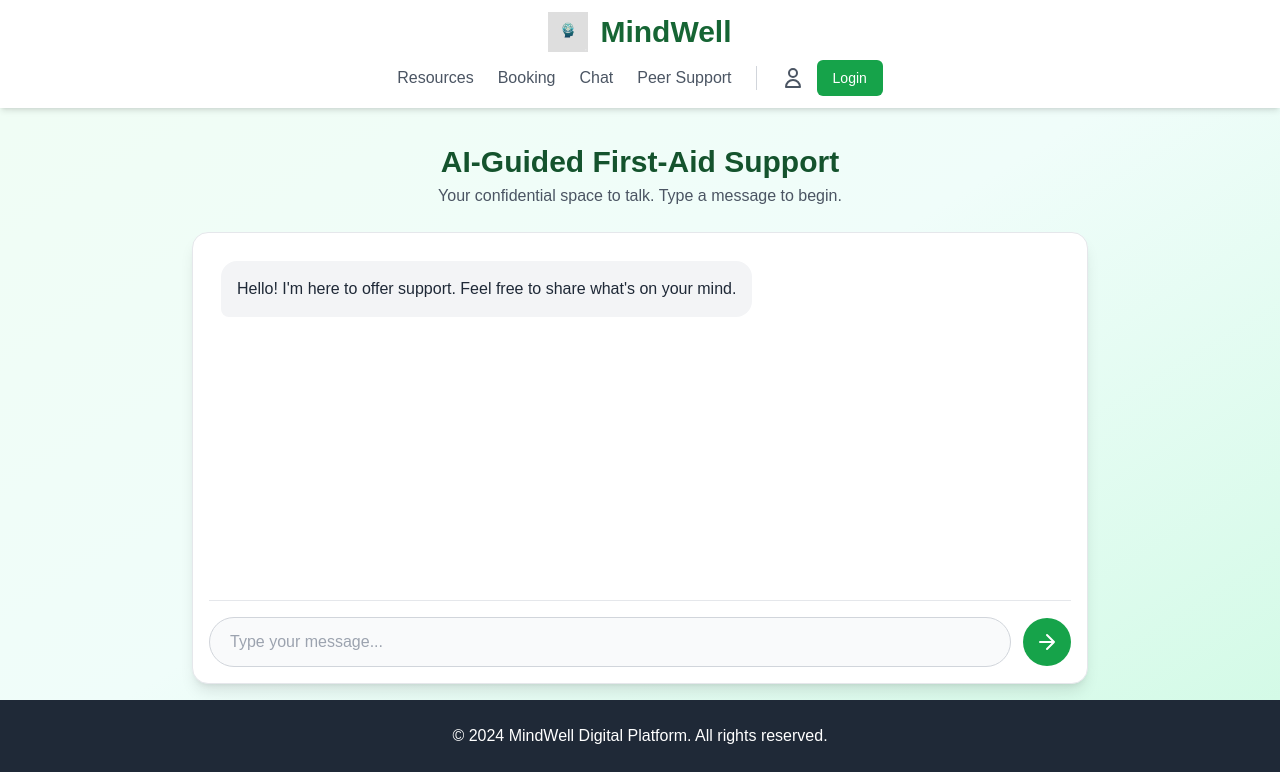
Repository: alokse24b01025/mentalhealth-project-sih-
Page: /chat (app in p1/)
The author's editor kept a copy of each file at every save. The page is drawn from the files as they stood at one save, then again after the next save.
The browser window is 1280 px wide. The pictures show the whole page.
The project was rebuilt for these pictures with package versions that can differ from the ones it lists, and the page was loaded fresh each time. Also part of the build but not shown: p1/vite.config.js, p1/src/pages/HomePage.jsx, p1/src/components/ResourceCard.jsx, p1/src/data/mockResources.js, p1/src/pages/ResourcesPage.jsx, p1/src/components/CounselorCard.jsx, p1/src/data/mockCounselors.js, p1/src/pages/BookingPage.jsx and 4 more.

Above is the page before, as saved 2025-09-10 11:20:11.

### p1/index.html
<!doctype html>
<html lang="en">
  <head>
    <meta charset="UTF-8" />
    <link rel="icon" type="image/svg+xml" href="/logo.png" />
    <meta name="viewport" content="width=device-width, initial-scale=1.0" />
    <title>MINDwell</title>
  </head>
  <body>
    <div id="root"></div>
    <script type="module" src="/src/main.jsx"></script>
  </body>
</html>

### p1/src/App.jsx
import React from 'react';
import { BrowserRouter as Router, Routes, Route } from 'react-router-dom';
import { AuthProvider } from './AuthContext'; // Import the provider

// Import your pages
import HomePage from './pages/HomePage';
import ChatPage from './pages/ChatPage';
import ResourcesPage from './pages/ResourcesPage';
import BookingPage from './pages/BookingPage';
import PeerSupportPage from './pages/PeerSupportPage';
import AdminDashboard from './pages/AdminDashboard';
import LoginPage from './pages/LoginPage'; // Import the new login page
import './index.css';

function App() {
  return (
    <AuthProvider> {/* Wrap everything in AuthProvider */}
      <Router>
        <Routes>
          <Route path="/" element={<HomePage />} />
          <Route path="/chat" element={<ChatPage />} />
          <Route path="/resources" element={<ResourcesPage />} />
          <Route path="/booking" element={<BookingPage />} />
          <Route path="/peer-support" element={<PeerSupportPage />} />
         <Route path="/admin" element={<AdminDashboard />} />
          <Route path="/login" element={<LoginPage />} /> {/* Add the login route */}
        </Routes>
      </Router>
    </AuthProvider>
  );
}

export default App;

### p1/src/index.css
@tailwind base;
@tailwind components;
@tailwind utilities;

body {
  font-family: Arial, sans-serif;
  -webkit-font-smoothing: antialiased;
  -moz-osx-font-smoothing: grayscale;
}

### p1/src/AuthContext.jsx
import React, { useContext, useState, useEffect } from 'react';
import { auth } from './firebase';
import {
  onAuthStateChanged,
  signOut,
  signInWithEmailAndPassword
} from "firebase/auth";

const AuthContext = React.createContext();

// This is the function that was likely missing the 'export' keyword
export function useAuth() {
  return useContext(AuthContext);
}

export function AuthProvider({ children }) {
  const [currentUser, setCurrentUser] = useState(null);
  const [loading, setLoading] = useState(true);

  function login(email, password) {
    return signInWithEmailAndPassword(auth, email, password);
  }

  function logout() {
    return signOut(auth);
  }

  useEffect(() => {
    const unsubscribe = onAuthStateChanged(auth, user => {
      setCurrentUser(user);
      setLoading(false);
    });

    return unsubscribe;
  }, []);

  const value = {
    currentUser,
    login,
    logout
  };

  return (
    <AuthContext.Provider value={value}>
      {!loading && children}
    </AuthContext.Provider>
  );
}

### p1/src/pages/ChatPage.jsx
import React from 'react';
import Header from '../components/Header';
import Footer from '../components/Footer';
import Chatbot from '../components/Chatbot';

const ChatPage = () => {
  return (
    // Updated background to match the theme
    <div className="min-h-screen flex flex-col bg-gradient-to-br from-green-50 via-teal-50 to-emerald-100">
      <Header />

      {/* --- FIX APPLIED HERE: Increased top padding --- */}
      <main className="flex-1 w-full flex justify-center items-center p-4 pt-36">

        {/* Main container for the chat interface */}
        <div className="w-full max-w-4xl h-[75vh] flex flex-col">

          {/* Redesigned Title Section */}
          <div className="text-center mb-6">
            <h2 className="text-3xl font-bold text-green-900">AI-Guided First-Aid Support</h2>
            <p className="mt-1 text-gray-600">Your confidential space to talk. Type a message to begin.</p>
          </div>

          {/* The Chatbot component itself (which is already styled) */}
          <Chatbot />

        </div>
      </main>

      <Footer />
    </div>
  );
};

export default ChatPage;

### p1/src/firebase.js
import { initializeApp } from "firebase/app";
import { getAuth } from "firebase/auth";

// IMPORTANT: Replace this with the firebaseConfig object you copied from the Firebase console
const firebaseConfig = {
  apiKey: "YOUR_API_KEY",
  authDomain: "YOUR_AUTH_DOMAIN",
  projectId: "YOUR_PROJECT_ID",
  storageBucket: "YOUR_STORAGE_BUCKET",
  messagingSenderId: "YOUR_MESSAGING_SENDER_ID",
  appId: "YOUR_APP_ID"
};

// Initialize Firebase
const app = initializeApp(firebaseConfig);

// Export the auth instance to be used in other parts of the app
export const auth = getAuth(app);

### p1/src/components/Header.jsx
import React, { useState } from 'react';
import { Link } from 'react-router-dom';
import logo from '../assets/logo.png';
import { useAuth } from '../AuthContext';

const Header = () => {
  const { currentUser, logout } = useAuth();
  const [isLoggingOut, setIsLoggingOut] = useState(false);

  const handleLogout = async () => {
    setIsLoggingOut(true);
    try {
      await logout();
    } catch (error) {
      console.error("Failed to log out:", error);
    } finally {
      setIsLoggingOut(false);
    }
  };

  const profileIcon = (
    <svg xmlns="http://www.w3.org/2000/svg" className="h-6 w-6" fill="none" viewBox="0 0 24 24" stroke="currentColor" strokeWidth={2}>
      <path strokeLinecap="round" strokeLinejoin="round" d="M16 7a4 4 0 11-8 0 4 4 0 018 0zM12 14a7 7 0 00-7 7h14a7 7 0 00-7-7z" />
    </svg>
  );

  return (
    <header className="bg-white shadow-md fixed top-0 w-full z-50 py-3 flex flex-col items-center">

      {/* Top Row: Centered Logo and Name */}
      <div className="mb-2">
        <Link to="/" className="flex items-center justify-center gap-x-3">
          <img src={logo} alt="MindWell Logo" className="h-10 w-auto" />
          <h1 className="text-3xl font-bold text-green-800 hidden md:block">MindWell</h1>
        </Link>
      </div>

      {/* Bottom Row: Navigation Links */}
      <nav className="flex items-center justify-center flex-wrap gap-x-6 gap-y-2 px-4">
        <Link to="/resources" className="text-gray-600 hover:text-green-600 transition-colors">Resources</Link>
        <Link to="/booking" className="text-gray-600 hover:text-green-600 transition-colors">Booking</Link>
        <Link to="/chat" className="text-gray-600 hover:text-green-600 transition-colors">Chat</Link>
        <Link to="/peer-support" className="text-gray-600 hover:text-green-600 transition-colors">Peer Support</Link>

        <div className="border-l border-gray-300 h-6"></div>

        {currentUser ? (
          <div className="flex items-center space-x-3">
            <span className="text-gray-600">{profileIcon}</span>
            <button
              onClick={handleLogout}
              disabled={isLoggingOut}
              className={`text-white px-4 py-2 text-sm rounded-md transition-colors ${
                isLoggingOut
                  ? 'bg-red-300 cursor-not-allowed'
                  : 'bg-red-500 hover:bg-red-600'
              }`}
            >
              {isLoggingOut ? '...' : 'Logout'}
            </button>
          </div>
        ) : (
          <div className="flex items-center space-x-3">
            <Link to="/login" className="text-gray-600 hover:text-green-600">
              {profileIcon}
            </Link>
            <Link
              to="/login"
              className="bg-green-600 text-white px-4 py-2 text-sm rounded-md hover:bg-green-700 transition-colors"
            >
              Login
            </Link>
          </div>
        )}
      </nav>
    </header>
  );
};

export default Header;

### p1/src/components/Footer.jsx
import React from 'react';

const Footer = () => {
  return (
    <footer className="bg-gray-800 text-white p-6 text-center">
      <p>&copy; 2024 MindWell Digital Platform. All rights reserved.</p>
    </footer>
  );
};
export default Footer;

### p1/src/components/Chatbot.jsx
import React, { useState, useRef, useEffect } from 'react';

const Chatbot = () => {
  const [messages, setMessages] = useState([
    { text: "Hello! I'm here to offer support. Feel free to share what's on your mind.", sender: 'bot' }
  ]);
  const [input, setInput] = useState('');
  const [isLoading, setIsLoading] = useState(false);
  const messagesEndRef = useRef(null);

  const scrollToBottom = () => {
    messagesEndRef.current?.scrollIntoView({ behavior: "smooth" });
  };

  useEffect(scrollToBottom, [messages]);

  const handleSend = async () => {
    if (input.trim() === '') return;

    const userMessage = { text: input, sender: 'user' };
    setMessages(prev => [...prev, userMessage]);
    const currentInput = input;
    setInput('');
    setIsLoading(true);

    try {
      const response = await fetch('http://localhost:5000/api/chat', {
        method: 'POST',
        headers: {
          'Content-Type': 'application/json',
        },
        body: JSON.stringify({ message: currentInput }),
      });

      if (!response.ok) {
        throw new Error(`HTTP error! status: ${response.status}`);
      }

      const data = await response.json();
      const botMessage = { text: data.reply, sender: 'bot' };
      setMessages(prev => [...prev, botMessage]);
    } catch (error) {
      console.error("Failed to fetch from AI:", error);
      setMessages(prev => [...prev, { text: "Sorry, I'm having trouble connecting right now. Please try again later.", sender: 'bot' }]);
    } finally {
      setIsLoading(false);
    }
  };

  return (
    // --- FIX APPLIED ON THIS LINE ---
    <div className="flex flex-col bg-white border border-gray-200 rounded-2xl shadow-lg p-4 h-full">
      {/* Message display area */}
      <div className="flex-1 overflow-y-auto mb-4 p-3 space-y-4">
        {messages.map((msg, index) => (
          <div key={index} className={`flex items-end max-w-[85%] ${msg.sender === 'user' ? 'self-end ml-auto' : 'self-start'}`}>
            <div className={`p-4 rounded-2xl ${
              msg.sender === 'user'
              ? 'bg-green-600 text-white rounded-br-lg'
              : 'bg-gray-100 text-gray-800 rounded-bl-lg'
            }`}>
              <p className="break-words">{msg.text}</p>
            </div>
          </div>
        ))}
        {isLoading && (
          <div className="flex items-end self-start">
            <div className="p-4 rounded-2xl max-w-[80%] bg-gray-100 text-gray-800 rounded-bl-lg">
              <p className="animate-pulse">AI is thinking...</p>
            </div>
          </div>
        )}
        <div ref={messagesEndRef} />
      </div>

      {/* Input area */}
      <div className="flex items-center border-t pt-4">
        <input
          type="text"
          value={input}
          onChange={(e) => setInput(e.target.value)}
          onKeyPress={(e) => e.key === 'Enter' && !isLoading && handleSend()}
          className="flex-1 rounded-full px-5 py-3 border border-gray-300 focus:outline-none focus:ring-2 focus:ring-green-500 bg-gray-50"
          placeholder="Type your message..."
          disabled={isLoading}
        />
        <button
          onClick={handleSend}
          disabled={isLoading}
          className={`rounded-full p-3 ml-3 transition-colors ${
            isLoading
            ? 'bg-gray-300 cursor-not-allowed'
            : 'bg-green-600 text-white hover:bg-green-700'
          }`}
          aria-label="Send message"
        >
          <svg xmlns="http://www.w3.org/2000/svg" className="h-6 w-6" fill="none" viewBox="0 0 24 24" stroke="currentColor">
            <path strokeLinecap="round" strokeLinejoin="round" strokeWidth={2} d="M5 12h14M12 5l7 7-7 7" />
          </svg>
        </button>
      </div>
    </div>
  );
};

export default Chatbot;

Loaded but not shown: p1/src/main.jsx (common file); p1/tailwind.config.js (common file)

After the next save:
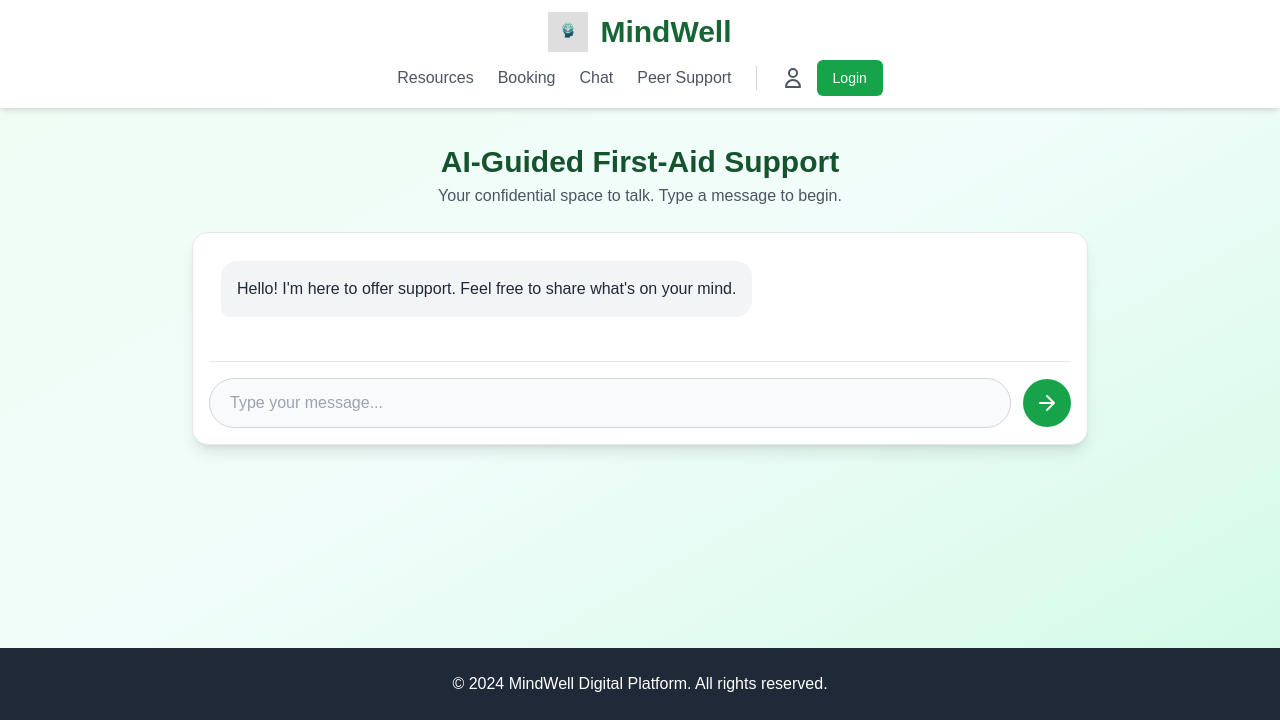
Saved 2 min 25 s later.
--- a/p1/src/pages/ChatPage.jsx
+++ b/p1/src/pages/ChatPage.jsx
@@ -5,23 +5,22 @@ import Chatbot from '../components/Chatbot';
 
 const ChatPage = () => {
   return (
-    // Updated background to match the theme
     <div className="min-h-screen flex flex-col bg-gradient-to-br from-green-50 via-teal-50 to-emerald-100">
       <Header />
 
-      {/* --- FIX APPLIED HERE: Increased top padding --- */}
-      <main className="flex-1 w-full flex justify-center items-center p-4 pt-36">
+      {/* --- FINAL FIX APPLIED HERE --- */}
+      <main className="flex-1 w-full flex flex-col justify-center items-center p-4 pt-36">
 
         {/* Main container for the chat interface */}
-        <div className="w-full max-w-4xl h-[75vh] flex flex-col">
+        <div className="w-full max-w-4xl flex-1 flex flex-col mb-4">
 
-          {/* Redesigned Title Section */}
+          {/* Title Section */}
           <div className="text-center mb-6">
             <h2 className="text-3xl font-bold text-green-900">AI-Guided First-Aid Support</h2>
             <p className="mt-1 text-gray-600">Your confidential space to talk. Type a message to begin.</p>
           </div>
 
-          {/* The Chatbot component itself (which is already styled) */}
+          {/* The Chatbot component itself */}
           <Chatbot />
 
         </div>
